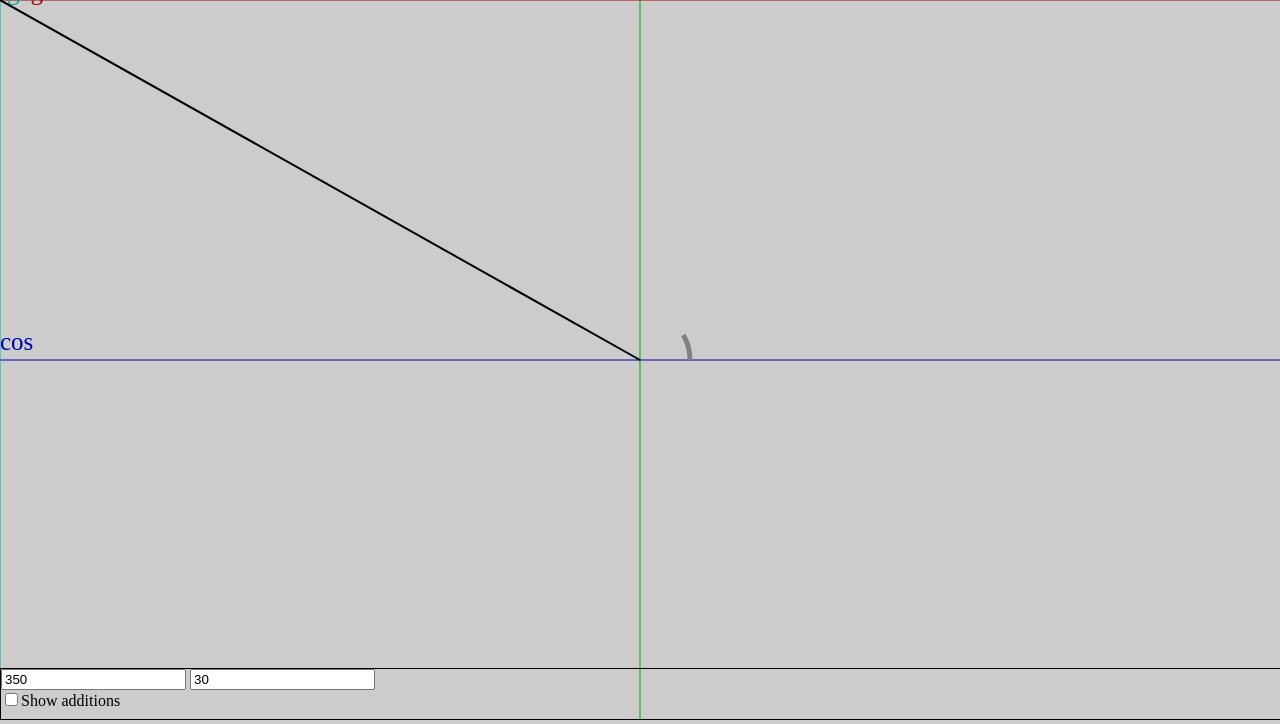
Repository: BraynStorm/braynstorm.github.io
Page: JSDrawing/index.html
The author's editor kept a copy of each file at every save. The page is drawn from the files as they stood at one save, then again after the next save.
The browser window is 1280 px wide. The pictures show the whole page.

Above is the page before, as saved 2015-02-24 20:11:06.

After the next save:
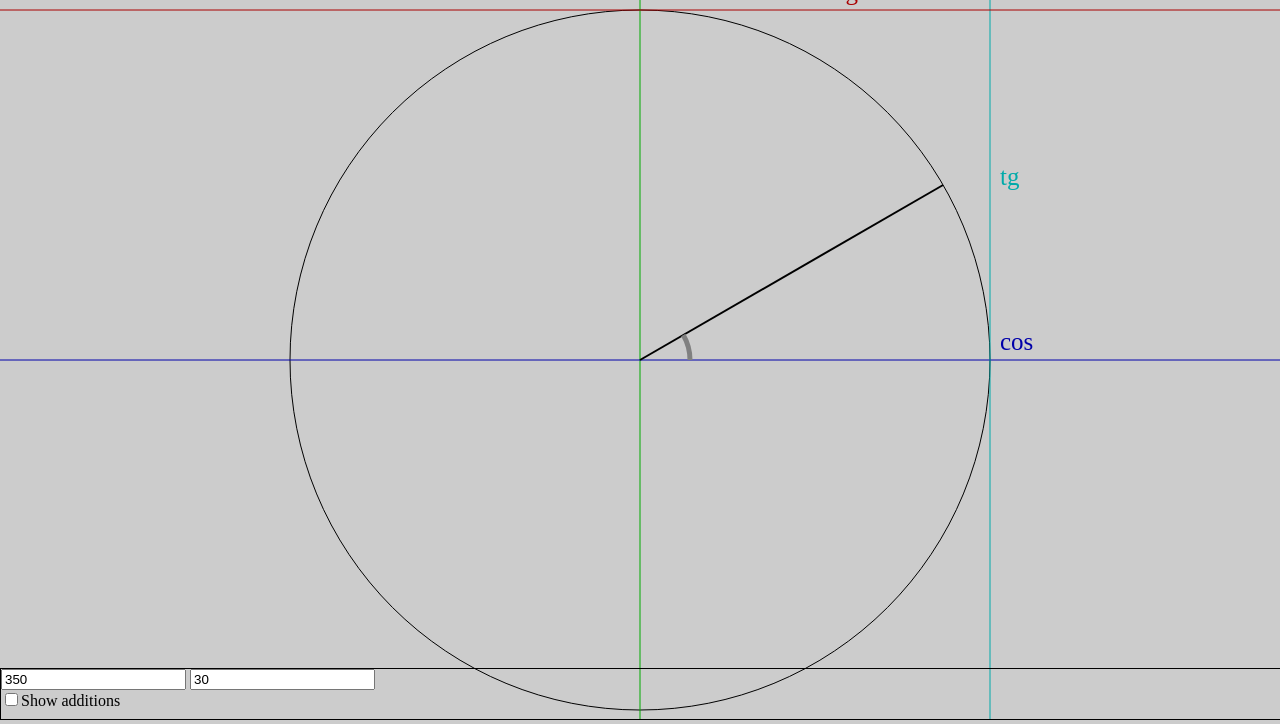
Saved 5 s later.
--- a/JSDrawing/index.html
+++ b/JSDrawing/index.html
@@ -30,7 +30,7 @@
 				<path id="angleArc" stroke="grey" stroke-width="5" fill="none"/>
 			</svg>
 			<div id="menu">
-				<input type="text" value="350" id="radius" />
+				<input type="text" value="350" id="radiusBox" />
 				<input type="text" value="30" id="angleBox" />
 				<div id="showAdditionsBox"><input id="showAdditions" type="checkbox" />Show additions</div>
 			</div>
